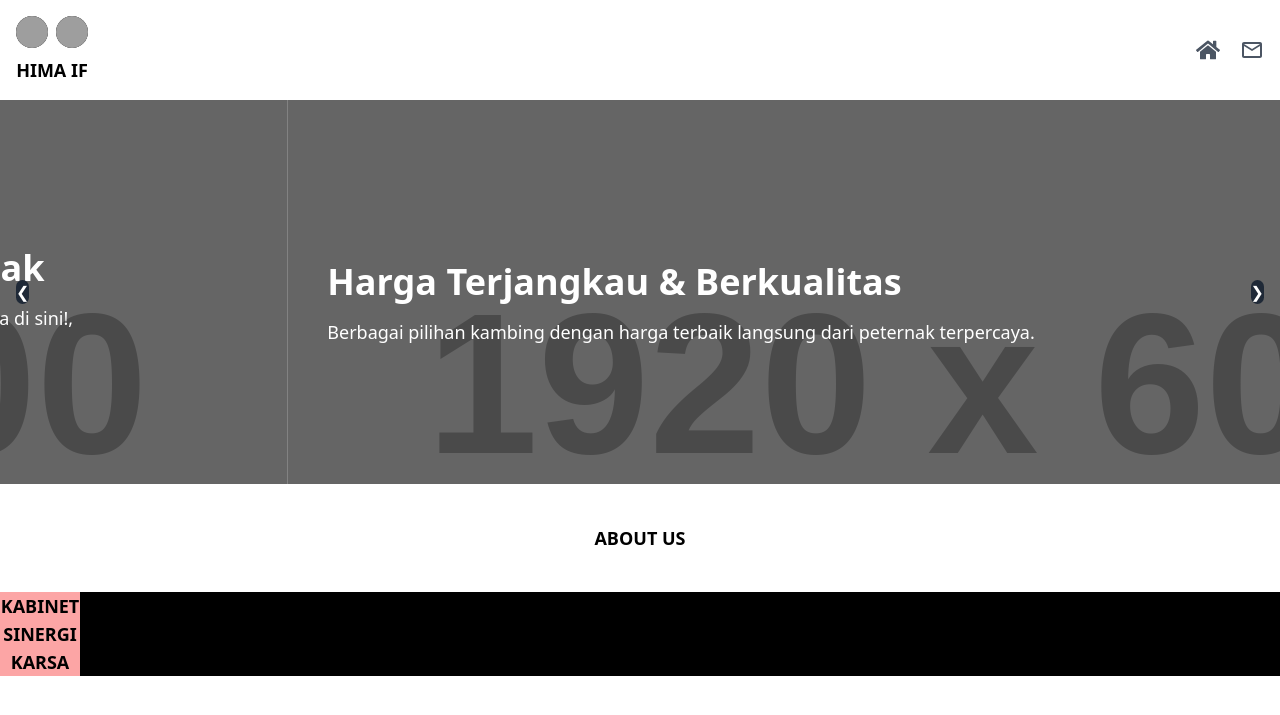
Repository: MUHAMADTEGARWIJAYA/himaif
Page: /
These files come from the project's save history. The page is drawn as it stood at one moment and after the next save; the edit follows.
The browser window is 1280 px wide. The pictures show the whole page.
Pictures or frames that could not be fetched are drawn as grey boxes. The project was rebuilt for these pictures with package versions that can differ from the ones it lists, and the page was loaded fresh each time. Also part of the build but not shown: vite.config.js.

Above is the page before, as saved 2024-12-21 14:46:47.

After the next save:
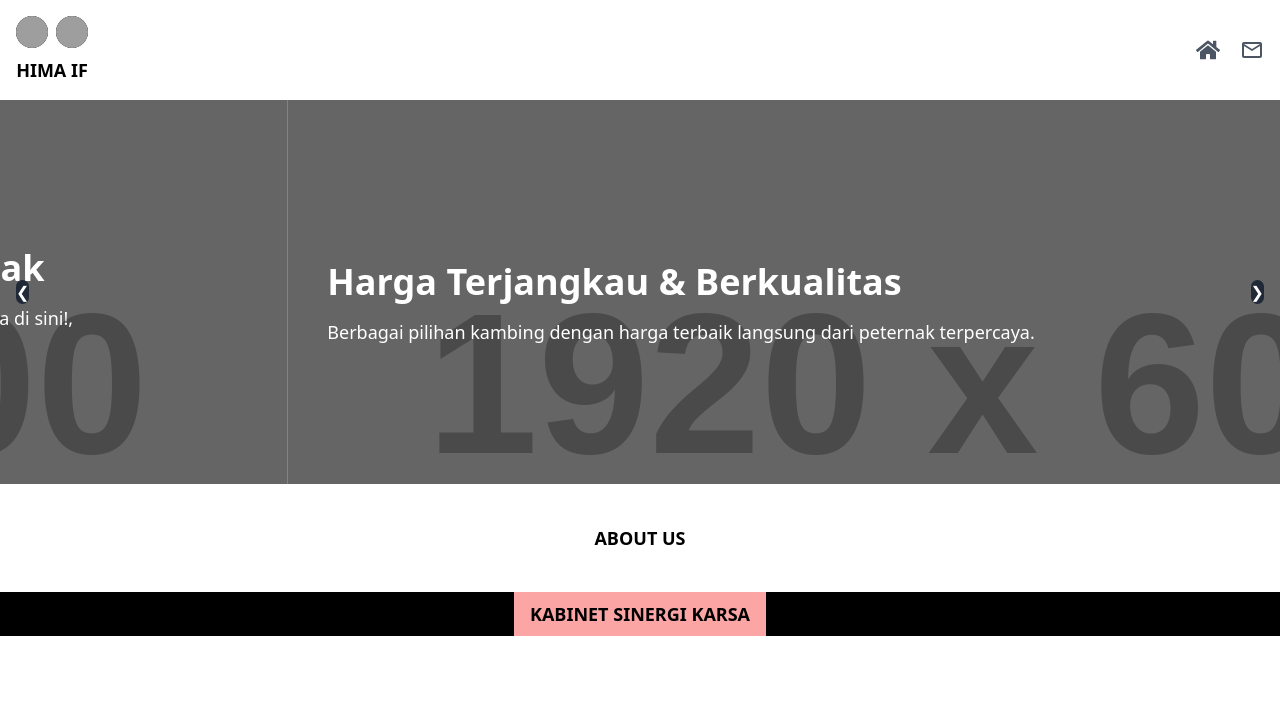
Saved 38 s later.
--- a/src/pages/Members.jsx
+++ b/src/pages/Members.jsx
@@ -1,14 +1,14 @@
+const About = () => {
+    return (
+      <div className="flex flex-col justify-center items-center mt-10">
+        <h1 className="text-center font-bold text-lg">ABOUT US</h1>
+        <div className="w-full flex justify-center items-center bg-black mt-10">
+          <h1 className="text-center font-bold bg-red-300 text-lg py-2 px-4">
+            KABINET SINERGI KARSA
+          </h1>
+        </div>
+      </div>
+    );
+  };
 
-
-const About = () => {
-  return (
-   <div className=" justify-center items-center mt-10">
-    <h1 className="text-center font-bold text-lg">ABOUT US</h1>
-    <div className="w-full bg-black justify-center items-center">
-    <h1 className="text-center justify-center items-center font-bold w-20 bg-red-300 text-lg mt-10">KABINET SINERGI KARSA</h1>
-    </div>
-   </div>
-  );
-};
-
-export default About;
+  export default About;
